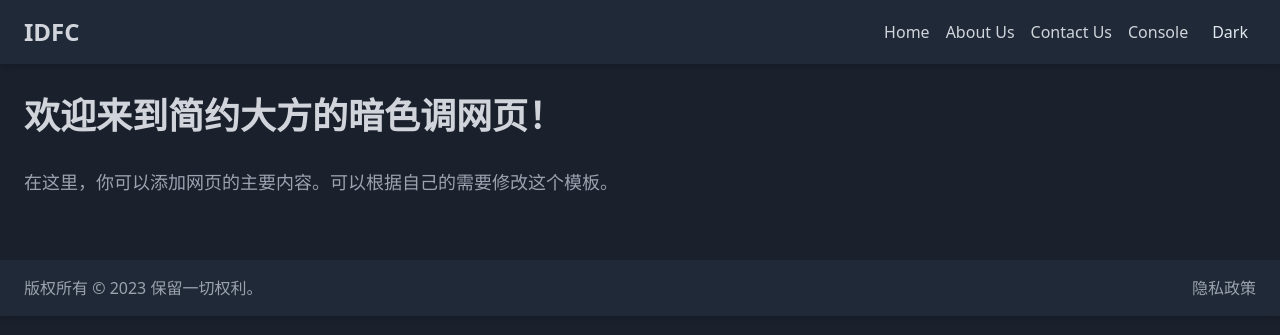
Repository: skybainiao/HackerStarter
Page: index.html
These files come from the project's save history. The page is drawn as it stood at one moment and after the next save; the edit follows.
The browser window is 1280 px wide. The pictures show the whole page.

Above is the page before, as saved 2023-04-08 16:10:35.

### index.html
<!DOCTYPE html>
<html lang="zh">
<head>
    <meta charset="UTF-8">
    <meta name="viewport" content="width=device-width, initial-scale=1.0">
    <title>IDFC</title>
    <link href="https://cdn.jsdelivr.net/npm/tailwindcss@2.2.16/dist/tailwind.min.css" rel="stylesheet">


</head>
<body>
    <!-- 导航栏 -->
    <header class="bg-gray-800 shadow-md">
        <nav class="container mx-auto px-6 py-3">
            <div class="flex items-center justify-between">
                <div>
                    <a href="#" class="text-gray-300 text-2xl font-semibold">IDFC</a>
                </div>
                <div class="hidden md:flex items-center space-x-4">
                    <a href="#" class="text-gray-300 hover:text-white">Home</a>
                    <a href="#" class="text-gray-300 hover:text-white">About Us</a>
                    <a href="#" class="text-gray-300 hover:text-white">Contact Us</a>
                    <a href="command.html" class="text-gray-300 hover:text-white">Console</a>
                    <button id="themeToggle" class="text-[var(--text-main)] p-2 rounded focus:outline-none focus:ring-2 focus:ring-[var(--text-main)]">Dark</button>
                </div>
            </div>
        </nav>
    </header>

    <!-- 主内容 -->
    <main class="container mx-auto px-6 py-8">
        <h1 class="text-4xl font-bold text-gray-300 mb-8">欢迎来到简约大方的暗色调网页！</h1>
        <p class="text-gray-400 text-lg mb-8">在这里，你可以添加网页的主要内容。可以根据自己的需要修改这个模板。</p>
    </main>

    <!-- 页脚 -->
    <footer class="bg-gray-800 shadow-md">
        <div class="container mx-auto px-6 py-4">
            <div class="flex justify-between items-center">
                <div>
                    <p class="text-gray-400">版权所有 &copy; 2023 保留一切权利。</p>
                </div>
                <div>
                    <a href="#" class="text-gray-400 hover:text-gray-300">隐私政策</a>
                </div>
            </div>
        </div>
    </footer>

    <style>
      /* 暗色调 */
      body {
          background-color: #1a202c;
          color: #e2e8f0;
      }

      .header,
      .footer {
          background-color: #2d3748;
      }

      a, .header a, .footer a {
          color: #63b3ed;
      }

      a:hover, .header a:hover, .footer a:hover {
          color: #3182ce;
      }

      /* 明亮色调 */
      body.light-theme {
          background-color: white;
          color: #ffffff;
      }

      .light-theme .header,
      .light-theme .footer {
          background-color: #f8f9fa;
      }

      .light-theme a,
      .light-theme .header a,
      .light-theme .footer a {
          color: #ffffff;
      }

      .light-theme a:hover,
      .light-theme .header a:hover,
      .light-theme .footer a:hover {
          color: #ffffff;
      }
  </style>

  <script>
      document.addEventListener('DOMContentLoaded', function() {
          const themeToggle = document.getElementById('themeToggle');
          const header = document.querySelector('.header');
          const footer = document.querySelector('.footer');

          themeToggle.addEventListener('click', function() {
              if (document.body.classList.contains('light-theme')) {
                  document.body.classList.remove('light-theme');
                  themeToggle.textContent = 'Dark';
              } else {
                  document.body.classList.add('light-theme');
                  themeToggle.textContent = 'Light';
              }
          });
      });
  </script>



</body>
</html>

After the next save:
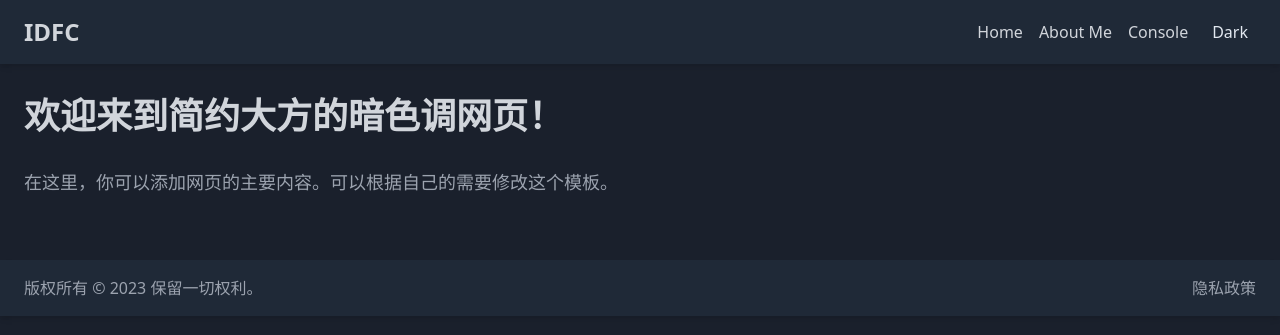
Saved 3 min 5 s later.
--- a/index.html
+++ b/index.html
@@ -18,8 +18,7 @@
                 </div>
                 <div class="hidden md:flex items-center space-x-4">
                     <a href="#" class="text-gray-300 hover:text-white">Home</a>
-                    <a href="#" class="text-gray-300 hover:text-white">About Us</a>
-                    <a href="#" class="text-gray-300 hover:text-white">Contact Us</a>
+                    <a href="#" class="text-gray-300 hover:text-white">About Me</a>
                     <a href="command.html" class="text-gray-300 hover:text-white">Console</a>
                     <button id="themeToggle" class="text-[var(--text-main)] p-2 rounded focus:outline-none focus:ring-2 focus:ring-[var(--text-main)]">Dark</button>
                 </div>
